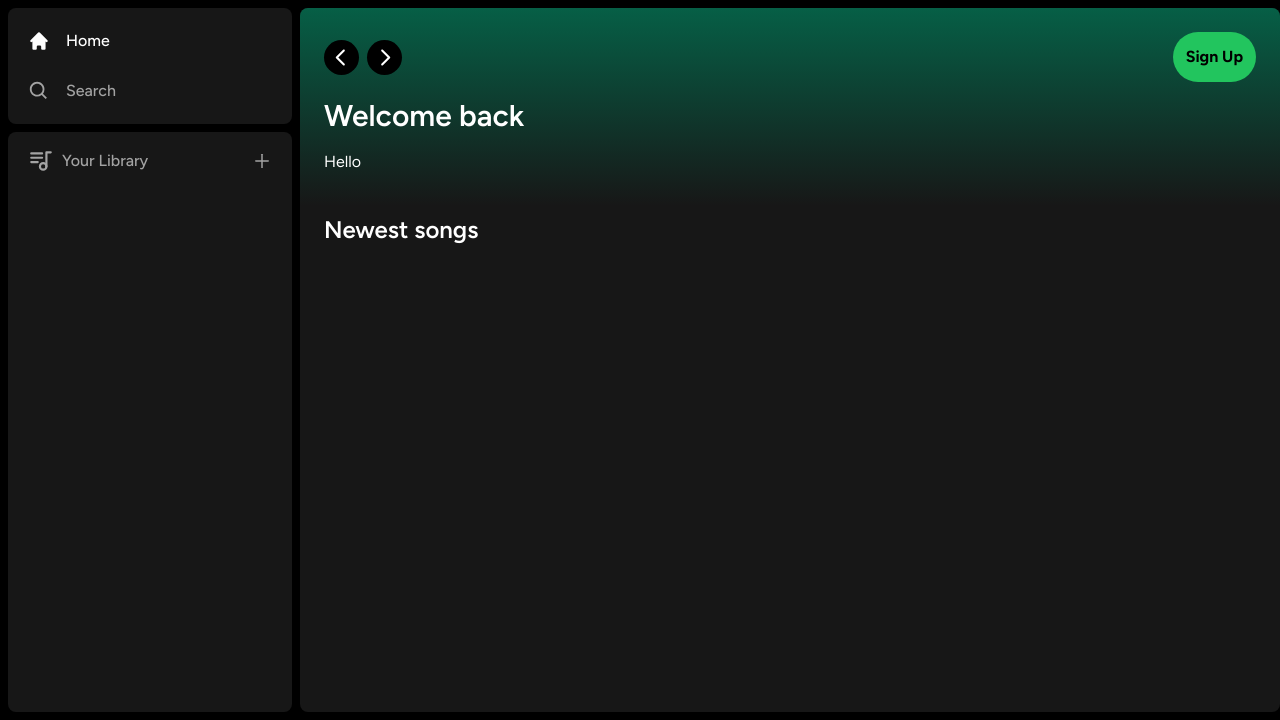
Repository: zecht12/ZechtCrowd
Page: /
These files come from the project's save history. The page is drawn as it stood at one moment and after the next save; the edit follows.
The browser window is 1280 px wide. The pictures show the whole page.
The project was rebuilt for these pictures with package versions that can differ from the ones it lists, and the page was loaded fresh each time. The framework's server and built-in components were replaced by stand-ins that run in the browser. Also part of the build but not shown: next.config.js.

Above is the page before, as saved 2023-06-21 08:29:17.

After the next save:
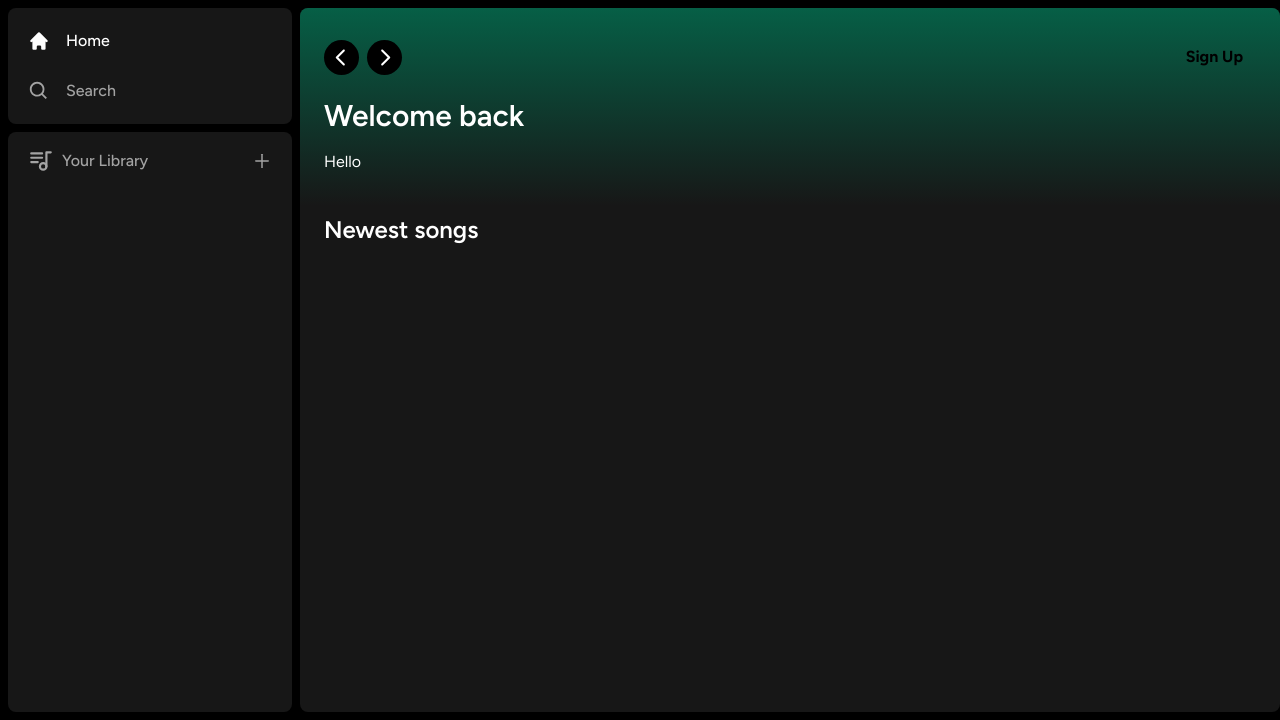
Saved 5 s later.
--- a/components/Header.tsx
+++ b/components/Header.tsx
@@ -42,7 +42,7 @@ const Header: React.FC<HeaderProps> = ({children,className}) => {
                 <div className="flex justify-between items-center gap-x-4">
                     <>
                         <div className="">
-                            <Button className="">
+                            <Button className="bg-transparent">
                                 Sign Up
                             </Button>
                         </div>
